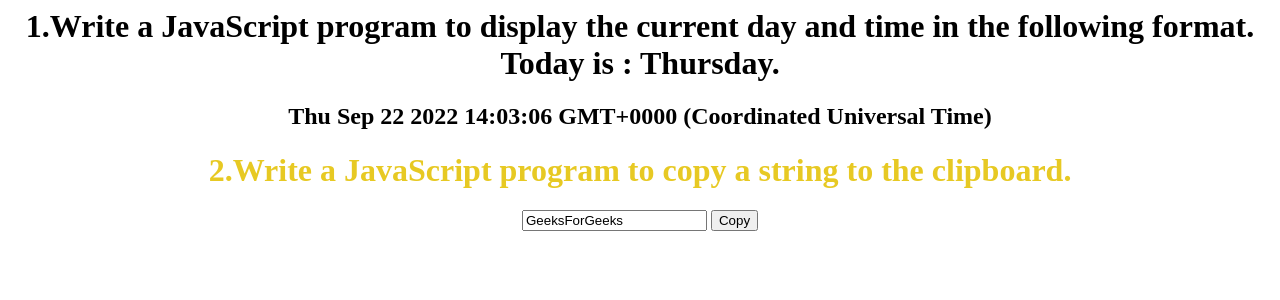
Repository: HoangDuy315/web-dev2022
Page: hw151022/ex1/ex1.html
These files come from the project's save history. The page is drawn as it stood at one moment and after the next save; the edit follows.
The browser window is 1280 px wide. The pictures show the whole page.
After loading, the first visible `button` was clicked once.

Above is the page before, as saved 2022-10-15 12:17:42.
Console error: ReferenceError: GeeksForGeeks is not defined

After the next save:
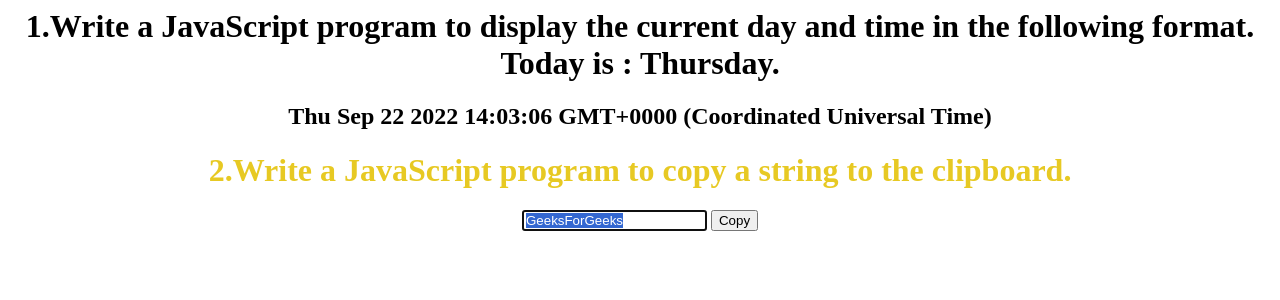
The error is gone.
Saved 2 s later.
--- a/hw151022/ex1/ex1.js
+++ b/hw151022/ex1/ex1.js
@@ -1,8 +1,8 @@
 // 2
 
-function cau2() {
-  let cp2 = document.getElementById("GfGInput");
-  cp2.select();
+function GeeksForGeeks() {
+  var copyGfGText = document.getElementById("GfGInput");
+  copyGfGText.select();
   document.execCommand("copy");
-  window.alert("Copied the text: " + cp2.value);
+  alert("Copied the text: " + copyGfGText.value);
 }
